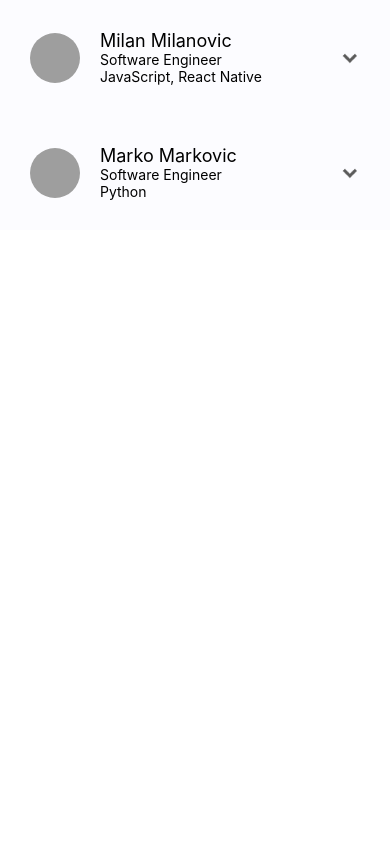
Repository: likanbl/intern-feature
Screen: /
The author's editor kept a copy of each file at every save. The screen is drawn from the files as they stood at one save, then again after a run of saves.
Pictures or frames that could not be fetched are drawn as grey boxes. The app was drawn by React Native's web renderer in a window 390 px wide. The project was rebuilt for these pictures with package versions that can differ from the ones it lists, and the page was loaded fresh each time.

Above is the screen before, as saved 2019-09-16 10:04:47.

### App.js
/**
 * Sample React Native App
 * https://github.com/facebook/react-native
 *
 * @format
 * @flow
 */

import React, {Component} from 'react';

import Home from './src/components/home/Home';

export default class App extends Component {
  render() {
    return <Home></Home>;
  }
}

### src/components/home/Home.js
import React, {Component} from 'react';
import {View, FlatList, Text, StyleSheet} from 'react-native';
import {Card} from 'react-native-elements';
import {HomeItem} from './HomeItem';

const Data = [
  {
    Name: 'Milan Milanovic',
    role: 'Software Engineer',
    skills: 'JavaScript, React Native',
    additionalInfo: 'Milan Milanovic description',
  },
  {
    Name: 'Marko Markovic',
    role: 'Software Engineer',
    skills: 'Python',
    additionalInfo: 'Marko Markovic description',
  },
];
export default class Home extends Component {
  renderItem = ({item}) => <HomeItem item={item} />;

  render() {
    return (
      <View>
        <FlatList
          data={Data}
          renderItem={this.renderItem}
          keyExtractor={Data.id}
        />
      </View>
    );
  }
}

### src/components/home/HomeItem.js
import React, {Component} from 'react';
import {
  View,
  Text,
  Image,
  TouchableWithoutFeedback,
  StyleSheet,
} from 'react-native';
import PropTypes from 'prop-types';
import {images} from '../../assets/images';
import {Avatar} from 'react-native-elements';
import styles from './styles';

const propTypes = {
  item: PropTypes.object,
};

class HomeItem extends Component {
  state = {
    isSelected: false,
  };

  onPress = () => {
    this.setState((prevState, prevProps) => ({
      isSelected: !prevState.isSelected,
    }));
  };

  renderDetails = () => (
    <View style={styles.titleContainer}>
      <Text style={styles.description}>{this.props.item.additionalInfo}</Text>
    </View>
  );

  render() {
    const {isSelected} = this.state;
    return (
      <View style={styles.cardView}>
        <View style={styles.cardContainer}>
          <TouchableWithoutFeedback onPress={this.onPress}>
            <View style={styles.titleContainer}>
              <View>
                <Avatar
                  size="medium"
                  rounded
                  source={{
                    uri:
                      'https://s3.amazonaws.com/uifaces/faces/twitter/ladylexy/128.jpg',
                  }}
                />
              </View>
              <View style={styles.nameRole}>
                <Text style={styles.title}>{this.props.item.Name}</Text>
                <Text style={styles.role}>{this.props.item.role}</Text>
                <Text style={styles.role}>{this.props.item.skills}</Text>
              </View>
              <Image
                source={isSelected ? images.close : images.expand}
                style={styles.image}
              />
            </View>
          </TouchableWithoutFeedback>
          {isSelected && this.renderDetails()}
        </View>
      </View>
    );
  }
}
HomeItem.propTypes = propTypes;

export {HomeItem};

### src/assets/images.js
export const images = {
  expand: require('../../resources/expand.png'),
  close: require('../../resources/close.png'),
};

### src/components/home/styles.js
import {StyleSheet} from 'react-native';

export default StyleSheet.create({
  cardView: {
    flex: 1,
    padding: 15,
    backgroundColor: '#FCFCFF',
  },
  cardContainer: {
    flex: 1,
    flexDirection: 'column',
    elevation: 1,
    borderRadius: 2,
    backfaceVisibility: 'hidden',

    padding: 15,
  },
  avatarContainer: {
    flex: 1,
    alignItems: 'flex-start',
    justifyContent: 'center',
  },
  nameRole: {
    flex: 2,
    alignItems: 'flex-start',
    justifyContent: 'center',
    marginLeft: 20,
  },

  titleContainer: {
    flexDirection: 'row',
    justifyContent: 'space-around',
    alignItems: 'center',
  },
  title: {
    flex: 1,
    fontSize: 18,
  },
  role: {
    flex: 1,
    fontSize: 14,
  },
  description: {
    flex: 1,
    fontSize: 22,
    color: 'gray',
    paddingTop: 10,
  },
  image: {
    width: 20,
    height: 20,
  },
});

After the next 2 saves:
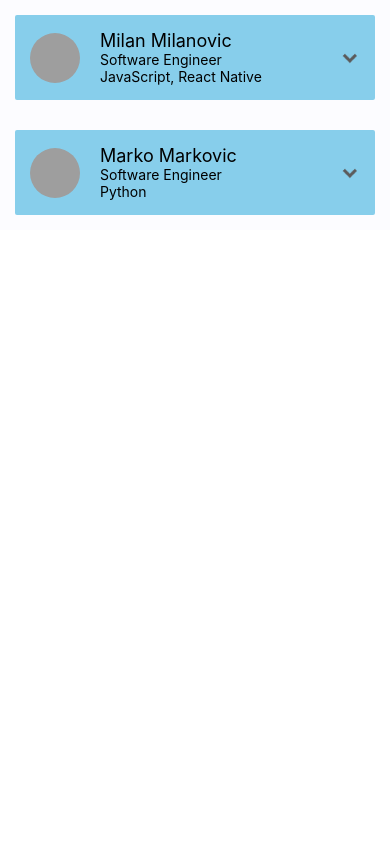
The 2 saves are shown as one change because they came seconds apart.
The last was saved 42 s later.
--- a/src/components/home/styles.js
+++ b/src/components/home/styles.js
@@ -12,6 +12,7 @@ export default StyleSheet.create({
     elevation: 1,
     borderRadius: 2,
     backfaceVisibility: 'hidden',
+    backgroundColor: 'skyblue',
 
     padding: 15,
   },
